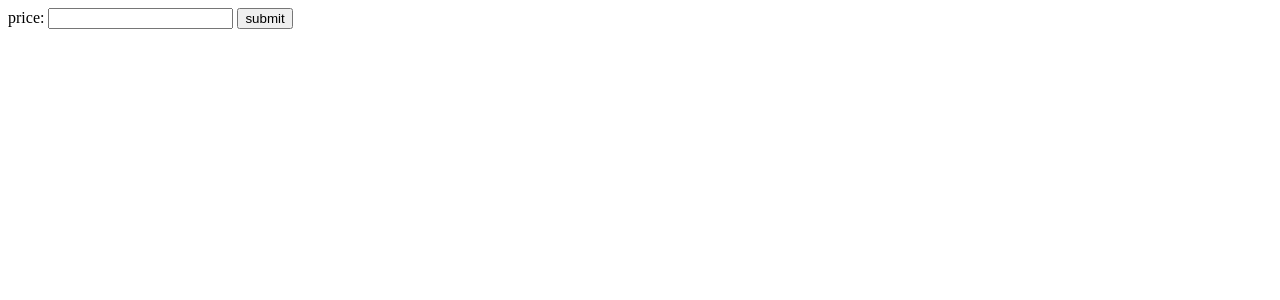
Repository: Kaivalya1997/kaivalyaprojects
Page: http://localhost/dynamicProject/
The author's editor kept a copy of each file at every save. The page is drawn from the files as they stood at one save, then again after the next save.
The browser window is 1280 px wide. The pictures show the whole page.
The page is served by Tomcat 9. Other server files are loaded and not shown.

Above is the page before, as saved 2019-01-25 08:47:05.

### 25-jan/dynamicProject/WebContent/index.jsp
<%@ page language="java" contentType="text/html; charset=ISO-8859-1"
    pageEncoding="ISO-8859-1"%>
<!DOCTYPE html>
<html>
<head>
<meta charset="ISO-8859-1">
<title>Insert title here</title>
</head>
<body>
<form action='hello' method='POST'>
   price: <input/>
   <input type="submit" value='submit'/>
   </form>
</body>
</html>

After the next save:
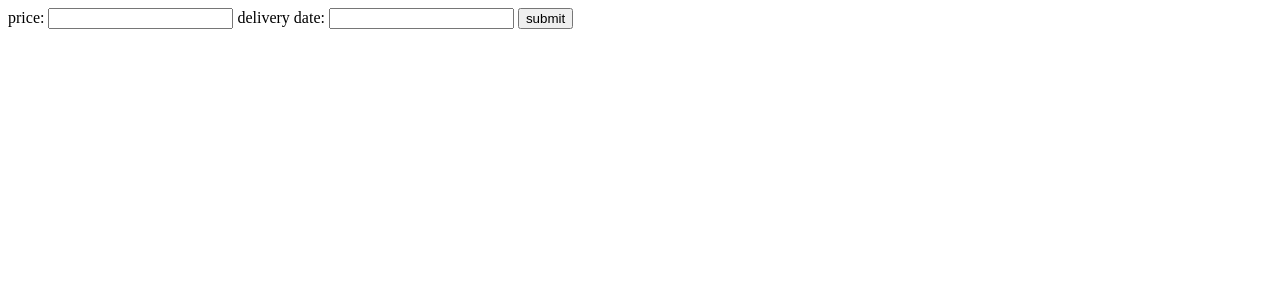
Saved 3 min 7 s later.
--- a/25-jan/dynamicProject/WebContent/index.jsp
+++ b/25-jan/dynamicProject/WebContent/index.jsp
@@ -8,7 +8,8 @@
 </head>
 <body>
 <form action='hello' method='POST'>
-   price: <input/>
+   price: <input name='price'/>
+   delivery date: <input name='date' type timestamp/>
    <input type="submit" value='submit'/>
    </form>
 </body>
